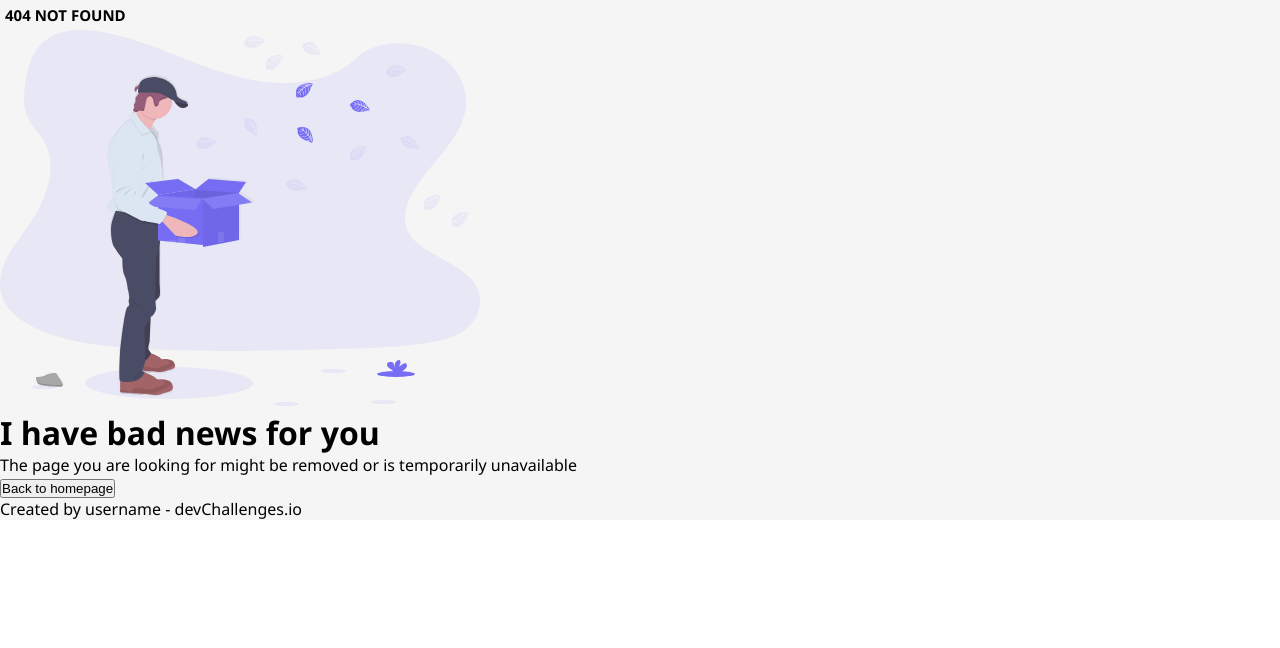
Repository: georgisenze/404-not-found-challeng
Page: index.html
These files come from the project's save history. The page is drawn as it stood at one moment and after the next save; the edit follows.
The browser window is 1280 px wide. The pictures show the whole page.

Above is the page before, as saved 2023-02-14 07:23:39.

After the next save:
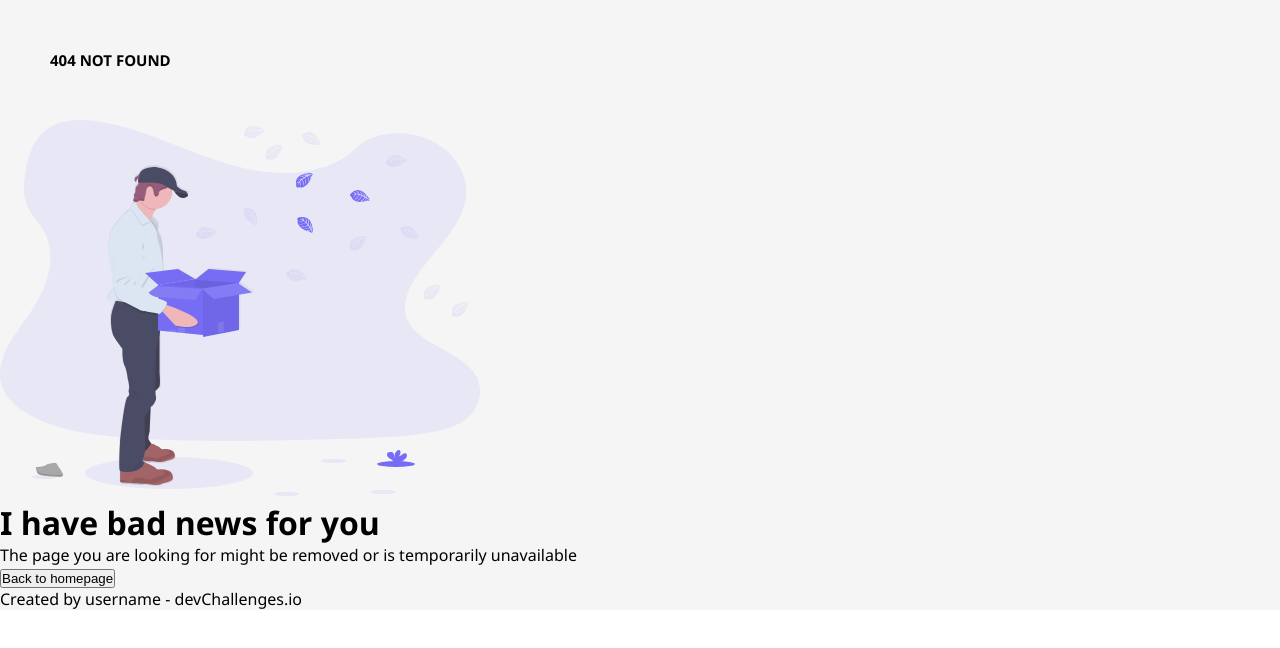
Saved 7 s later.
--- a/assets/css/style.css
+++ b/assets/css/style.css
@@ -15,5 +15,5 @@ header p {
     text-transform: uppercase;
     font-weight: bold;
     font-size: 15px;
-    padding: 5px;
+    padding: 50px;
 }
